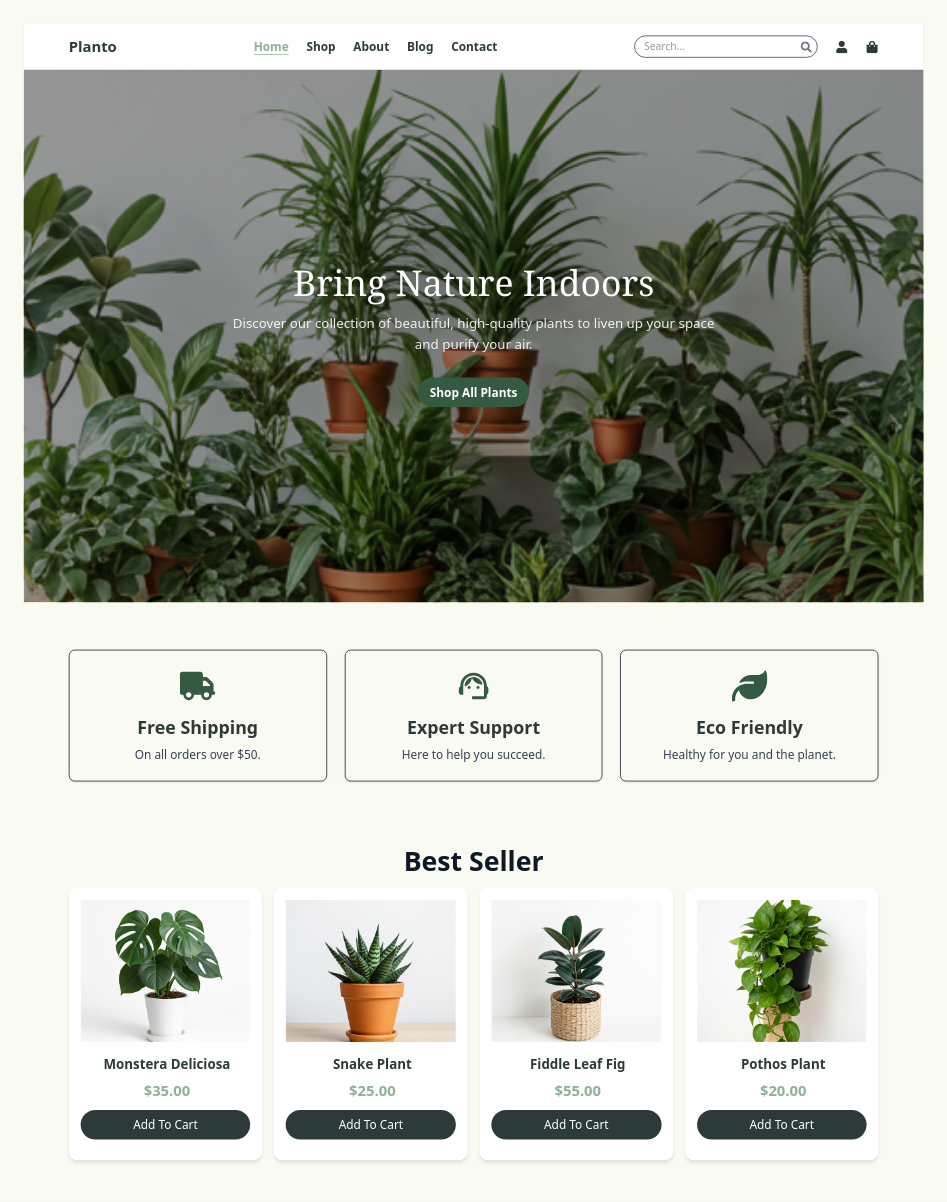
Repository: mazenessam99/Planto
Page: /
An editor plug-in stored every save of this project. The page is shown before and after a run of saves, followed by the edit.
The browser window is 1280 px wide. The pictures show the whole page, at 74% of full size.
The project was rebuilt for these pictures with package versions that can differ from the ones it lists, and the page was loaded fresh each time. Also part of the build but not shown: vite.config.js.

Above is the page before, as saved 2025-11-22 23:19:14.

### index.html
<!doctype html>
<html lang="en">
  <head>
    <meta charset="UTF-8" />
    <link rel="icon" type="image/svg+xml" href="/vite.svg" />
    <meta name="viewport" content="width=device-width, initial-scale=1.0" />
    <title>plants_website</title>
  </head>
  <body>
    <div id="root"></div>
    <script type="module" src="/src/main.jsx"></script>
  </body>
</html>

### src/index.css
@import "tailwindcss";
@import "tailwindcss/theme" layer(theme);
@theme {
  --color-primary: #2D3A3A;
  --color-forest:#386641;
  --color-green:#345A41;
  --color-secondary: #8DB098;
  --color-Terracotta: #C27357;
  --color-sky:#B0D0D3;
  --font-cairo: "Cairo", sans-serif;
  --spacing-128: 32rem;
}

/* ----- BASE ----- */
@layer base {
  body {
    @apply  bg-[#F9FAF1] text-gray-900;
  }
}

/* ----- COMPONENTS ----- */
@layer components {
  .btn {
    @apply bg-primary text-white px-4 py-2 rounded-full cursor-pointer ;
  }
  .btn-green{
    @apply bg-green ;
  }

  .card {
    @apply bg-white p-6 rounded-xl shadow;
  }

}
/* Scrollbar width */
::-webkit-scrollbar {
  width: 8px;
}

/* Scrollbar track  */
::-webkit-scrollbar-track {
  background: #2D3A3A;
  border-radius: 8px;
}

/* Scrollbar thumb  */
::-webkit-scrollbar-thumb {
  background-color: #8DB098;
  border-radius: 8px;
}

::-webkit-scrollbar-thumb:hover {
  background-color: #789983;
}

.container{
  width:90%;
  margin:0 auto;
}

### src/App.jsx

import './App.css'
import Button from './components/ui/Button'
import Home from './pages/Home'

function App() {


  return (
    <>
      <Home/>


    </>
  )
}

export default App

### src/components/ui/Button.jsx
const Button = ({ children, className = "",variant="", ...props }) => {
    return (
        <button className={`btn btn-${variant} ${className}`} {...props}>
            {children}
        </button>
    )
}

export default Button

### src/pages/Home.jsx
import BestSeller from '../components/layout/BestSeller'
import DeliveryCard from '../components/layout/DeliveryCard'
import Hero from '../components/layout/Hero'
import Navbar from '../components/layout/Navbar'

const Home = () => {
  return (
    <div>
        <Navbar/>
        <Hero/>
        <DeliveryCard/>
        <BestSeller/>
    </div>
  )
}

export default Home

### src/components/layout/BestSeller.jsx
import React from 'react'
import { BESTSELLER_CARDS } from '../../utils/constants';
import ProductCard from '../ui/ProductCard';

const BestSeller = () => {
  return (
    <section className='container py-6'>
        <h2 className="text-4xl text-center font-bold mb-4">Best Seller</h2>
        <div className='grid grid-cols-1 sm:grid-cols-2 lg:grid-cols-4 gap-4'>
            {BESTSELLER_CARDS.map((card,index)=>(
                <ProductCard src={card.src} title={card.title} price={card.price}/>
        ))}
        </div>

    </section>
  )
}

export default BestSeller;

### src/components/layout/DeliveryCard.jsx
import { motion } from "framer-motion";
import { DELIVERY_CARDS } from "../../utils/constants";
import { FaTruck, FaLeaf } from "react-icons/fa6";
import { MdSupportAgent } from "react-icons/md";

const icons = {
  truck: <FaTruck />,
  support: <MdSupportAgent />,
  leaf: <FaLeaf />,
};

const DeliveryCards = () => {
  return (
    <section className="container py-16">
      <div className="grid grid-cols-1 sm:grid-cols-2 lg:grid-cols-3 gap-6">
        {DELIVERY_CARDS.map((card, index) => (
          <div key={card.id} className="flex flex-col items-center justify-center text-center p-6 border rounded-lg shadow hover:shadow-lg  transition">
            <div className="text-5xl text-green">
              {icons[card.icon]}
            </div>
            <h3 className="mt-4 mb-2 font-bold text-xl md:text-2xl text-primary">{card.title}</h3>
            <p className="text-gray-700 ">{card.desc}</p>
          </div>
        ))}

      </div>
    </section>
  );
};

export default DeliveryCards;

### src/components/layout/Hero.jsx
import { motion } from "framer-motion";
import HeroImg from "../../assets/images/Hero.png";
import Button from "../ui/Button";

const Hero = () => {
  return (
    <section
      className="relative h-screen overflow-hidden"
    >

      <motion.div
        className="absolute inset-0 bg-cover bg-center"
        style={{ backgroundImage: `url(${HeroImg})` }}
        animate={{ scale: [1, 1.05, 1] }}
        transition={{ duration: 10, repeat: Infinity, ease: "easeInOut" }}
      />

      {/* Overlay */}
      <div className="absolute inset-0 bg-black/40"></div>

      <div className="relative z-10 flex flex-col items-center justify-center h-full px-4 md:px-0 space-y-4 text-center">
        <motion.h1
          initial={{ y: -20, opacity: 0 }}
          animate={{ y: 0, opacity: 1 }}
          transition={{ duration: 0.8 }}
          className="text-white text-2xl md:text-4xl lg:text-5xl font-serif"
        >
          Bring Nature Indoors
        </motion.h1>

        <motion.h2
          initial={{ y: 20, opacity: 0 }}
          animate={{ y: 0, opacity: 1 }}
          transition={{ duration: 0.8, delay: 0.3 }}
          className="text-white/90 text-sm md:text-base lg:text-lg max-w-2xl font-normal"
        >
          Discover our collection of beautiful, high-quality plants to liven up your space and purify your air.
        </motion.h2>

        <motion.div
          initial={{ scale: 0.8, opacity: 0 }}
          animate={{ scale: 1, opacity: 1 }}
          transition={{ duration: 0.5, delay: 0.6 }}
        >
          <Button className="btn-green font-bold mt-4">Shop All Plants</Button>
        </motion.div>
      </div>
    </section>
  );
};

export default Hero;

### src/components/layout/Navbar.jsx
import { useState } from "react";
import { NavLink } from "react-router-dom";
import { NAVBAR_LINKS } from "../../utils/constants";
import { FaBars, FaSearch, FaUser, FaShoppingBag } from "react-icons/fa";
import { IoClose } from "react-icons/io5";
import { motion, AnimatePresence } from "framer-motion";

const Navbar = () => {
    const [menuOpen, setMenuOpen] = useState(false);

    return (
        <nav className="bg-white shadow sticky top-0 z-50 ">
            <div className="container flex justify-between items-center py-4">
                {/* Logo */}
                <a href="/" className="text-primary text-xl font-bold">Planto</a>

                {/* Desktop Links */}
                <ul className="hidden md:flex gap-6 items-center">
                    {NAVBAR_LINKS.map((link) => (
                        <li key={link.id}>
                            <NavLink
                                to={link.path}
                                className={({ isActive }) =>
                                    `text-primary font-semibold transition hover:text-secondary
                                ${isActive ? "text-secondary underline underline-offset-4" : ""}`
                                }
                            >
                                {link.label}
                            </NavLink>
                        </li>
                    ))}
                </ul>

                {/* Desktop Icons + Search */}
                <div className="hidden md:flex gap-6 items-center text-primary">
                    {/* Search input */}
                    <div className="relative">
                        <input
                            type="text"
                            placeholder="Search..."
                            className="border rounded-full pl-3 pr-8 py-1 text-sm focus:outline-none focus:ring-2 focus:ring-secondary"
                        />
                        <FaSearch size={15} className="absolute right-2 top-2 text-gray-500" />
                    </div>

                    <FaUser size={17} className="cursor-pointer hover:text-secondary" />
                    <FaShoppingBag size={17} className="cursor-pointer hover:text-secondary" />
                </div>

                {/* Mobile menu button */}
                <button
                    className="md:hidden text-primary"
                    onClick={() => setMenuOpen(true)}
                    aria-label="Open menu"
                    aria-expanded={menuOpen}
                >
                    <FaBars size={22} />
                </button>
            </div>

            {/* Mobile overlay + drawer (AnimatePresence for exit animation) */}
            <AnimatePresence>
                {menuOpen && (
                    <motion.div
                        className="md:hidden fixed inset-0 z-40"
                        initial={{ opacity: 0 }}
                        animate={{ opacity: 1 }}
                        exit={{ opacity: 0 }}
                        onClick={() => setMenuOpen(false)}
                    >
                        {/* Drawer */}
                        <motion.div
                            className="bg-white w-72 h-full shadow-lg p-6"
                            initial={{ x: "-100%" }}
                            animate={{ x: 0 }}
                            exit={{ x: "-100%" }}
                            transition={{ type: "linear", duration: 0.4 }}
                            onClick={(e) => e.stopPropagation()}
                        >
                            {/* Close */}
                            <div className="flex justify-between items-center mb-6">
                                <a href="/" className="text-lg font-bold text-primary">Planto</a>
                                <button onClick={() => setMenuOpen(false)} aria-label="Close menu">
                                    <IoClose size={26} className="text-primary" />
                                </button>
                            </div>

                            {/* Mobile Search */}
                            <div className="mb-4">
                                <div className="relative">
                                    <input
                                        type="text"
                                        placeholder="Search..."
                                        className="w-full border rounded-full pl-3 pr-8 py-2 text-sm focus:outline-none focus:ring-2 focus:ring-secondary"
                                    />
                                    <FaSearch size={15} className="absolute right-3 top-3 text-gray-500" />
                                </div>
                            </div>

                            {/* Links */}
                            <ul className="flex flex-col gap-4 text-primary font-semibold">
                                {NAVBAR_LINKS.map((link) => (
                                    <li key={link.id}>
                                        <NavLink
                                            to={link.path}
                                            onClick={() => setMenuOpen(false)}
                                            className={({ isActive }) =>
                                                `block py-2 ${isActive ? "text-secondary" : ""}`
                                            }
                                        >
                                            {link.label}
                                        </NavLink>
                                    </li>
                                ))}
                            </ul>

                            {/* Icons */}
                            <div className="flex gap-4 mt-6 text-primary">
                                <FaUser size={18} />
                                <FaShoppingBag size={18} />
                            </div>
                        </motion.div>
                    </motion.div>
                )}
            </AnimatePresence>
        </nav>
    );
};

export default Navbar;

### src/utils/constants.js
import img1 from "../../src/assets/images/Featured_1.png";
import img2 from "../../src/assets/images/Featured_2.png";
import img3 from "../../src/assets/images/Featured_3.png";
import img4 from "../../src/assets/images/Featured_4.png";
// Navbar_Links
export const NAVBAR_LINKS = [
    { id: 1, label: 'Home', path: '/' },
    { id: 2, label: 'Shop', path: '/shop' },
    { id: 3, label: 'About', path: '/about' },
    { id: 4, label: 'Blog', path: '/blog' },
    { id: 5, label: 'Contact', path: '/contact' },
];

// Delivery_Cards
export const DELIVERY_CARDS = [
    { id: 1, icon: "truck", title: "Free Shipping", desc: "On all orders over $50." },
    { id: 2, icon: "support", title: "Expert Support", desc: "Here to help you succeed." },
    { id: 3, icon: "leaf", title: "Eco Friendly", desc: "Healthy for you and the planet." },
];

// BESTSELLER_CARDS
export const BESTSELLER_CARDS=[
    {id:1,src:img1,title:'Monstera Deliciosa',price:'$35.00'},
    {id:2,src:img2,title:'Snake Plant',price:'$25.00'},
    {id:3,src:img3,title:'Fiddle Leaf Fig',price:'$55.00'},
    {id:4,src:img4,title:'Pothos Plant',price:'$20.00'}
]

### src/components/ui/ProductCard.jsx
import Button from "./Button";

const ProductCard = ({src,title,price,showButton=true,buttonText='Add To Cart'}) => {
  return (
    <div className="bg-white rounded-xl p-4 shadow-md flex flex-col hover:shadow-xl transition-all">
      <div className="w-full h-48 overflow-hidden ">
        <img src={src} className="w-full h-full object-cover hover:scale-105 transition" alt={title}/>
      </div>
      <h3 className="mt-4 ms-1 text-lg font-semibold text-primary">{title}</h3>
      <p className="mt-2 ms-1 font-bold text-xl text-secondary">{price}</p>
      {showButton&&(
        <Button className="my-3 ">
          {buttonText}
        </Button>
      )}

    </div>
  )
}

export default ProductCard;

Loaded but not shown: src/main.jsx (common file); src/App.css (common file)

After the next 14 saves:
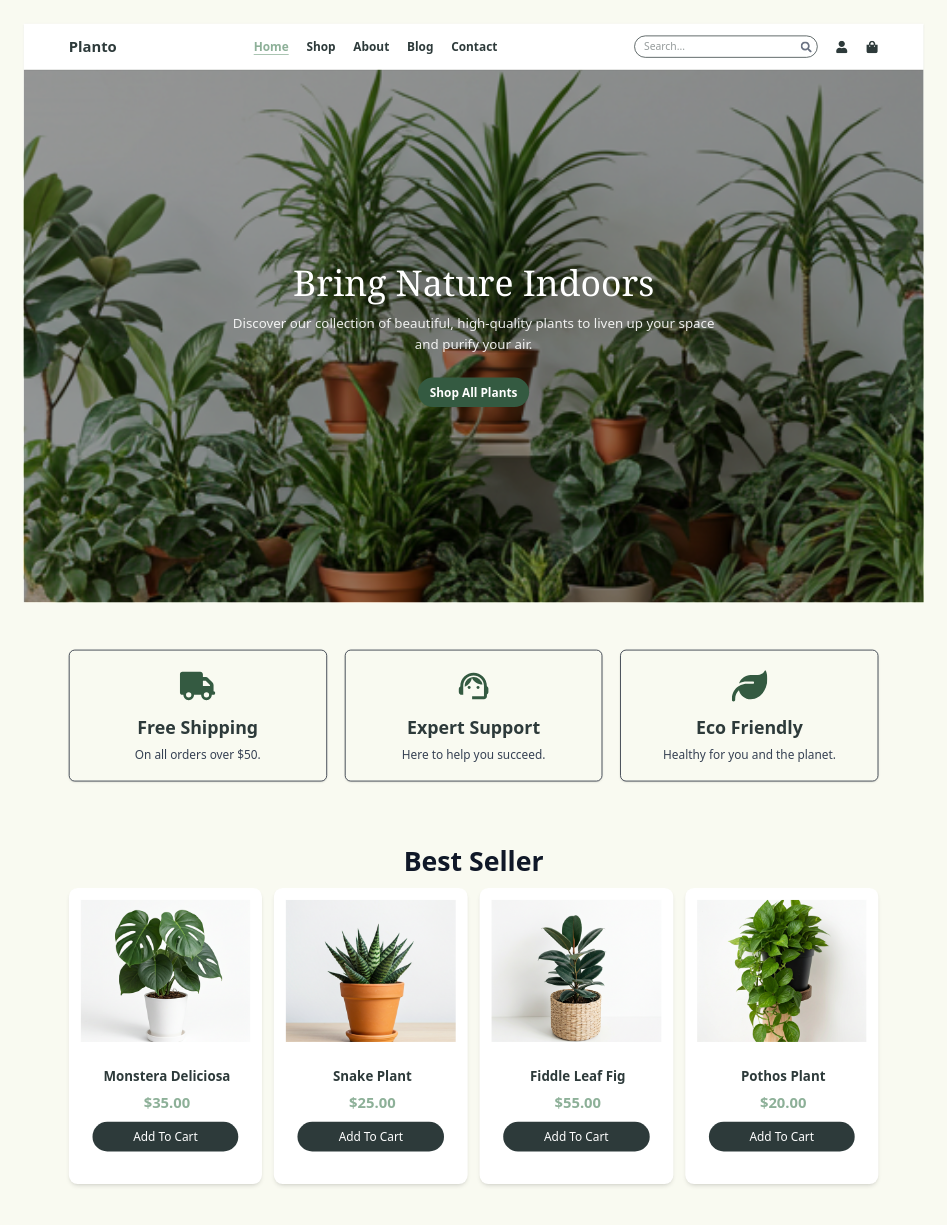
The 14 saves are shown as one change because they came seconds apart.
The last was saved 113 s later.
--- a/src/components/ui/ProductCard.jsx
+++ b/src/components/ui/ProductCard.jsx
@@ -6,13 +6,15 @@ const ProductCard = ({src,title,price,showButton=true,buttonText='Add To Cart'})
       <div className="w-full h-48 overflow-hidden ">
         <img src={src} className="w-full h-full object-cover hover:scale-105 transition" alt={title}/>
       </div>
-      <h3 className="mt-4 ms-1 text-lg font-semibold text-primary">{title}</h3>
+      <div className="p-4 flex flex-col ">
+        <h3 className="mt-4 ms-1 text-lg font-semibold text-primary">{title}</h3>
       <p className="mt-2 ms-1 font-bold text-xl text-secondary">{price}</p>
       {showButton&&(
         <Button className="my-3 ">
           {buttonText}
         </Button>
       )}
+      </div>
 
     </div>
   )
